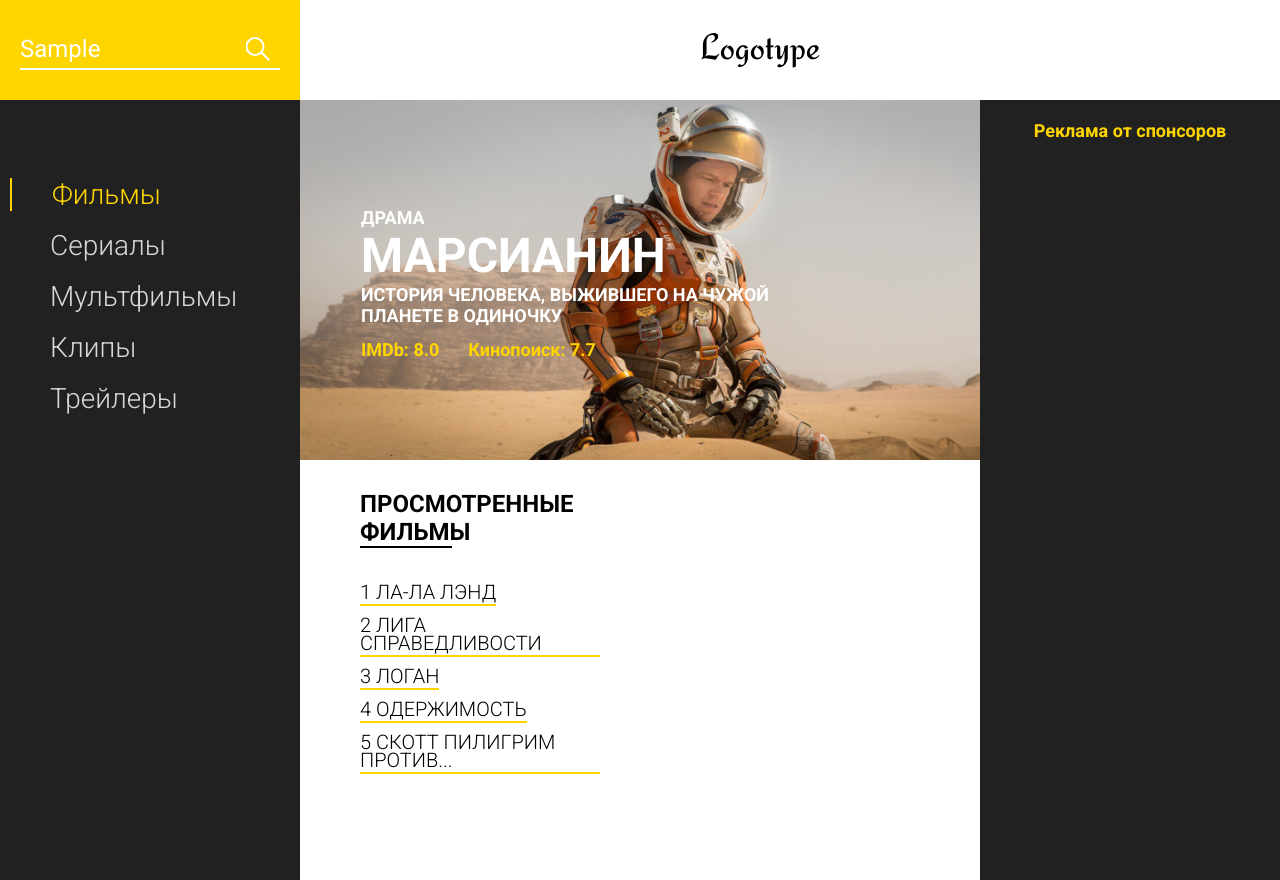
Repository: armus503/practice.-using-events-on-the-project-page
Page: index.html
The author's editor kept a copy of each file at every save. The page is drawn from the files as they stood at one save, then again after the next save.
The browser window is 1280 px wide. The pictures show the whole page.
Empty fields were first filled with sample values (such as "Sample", 5 or name@example.com).
After loading, the first visible `button` was clicked once.

Above is the page before, as saved 2021-09-05 12:57:22.

After the next save:
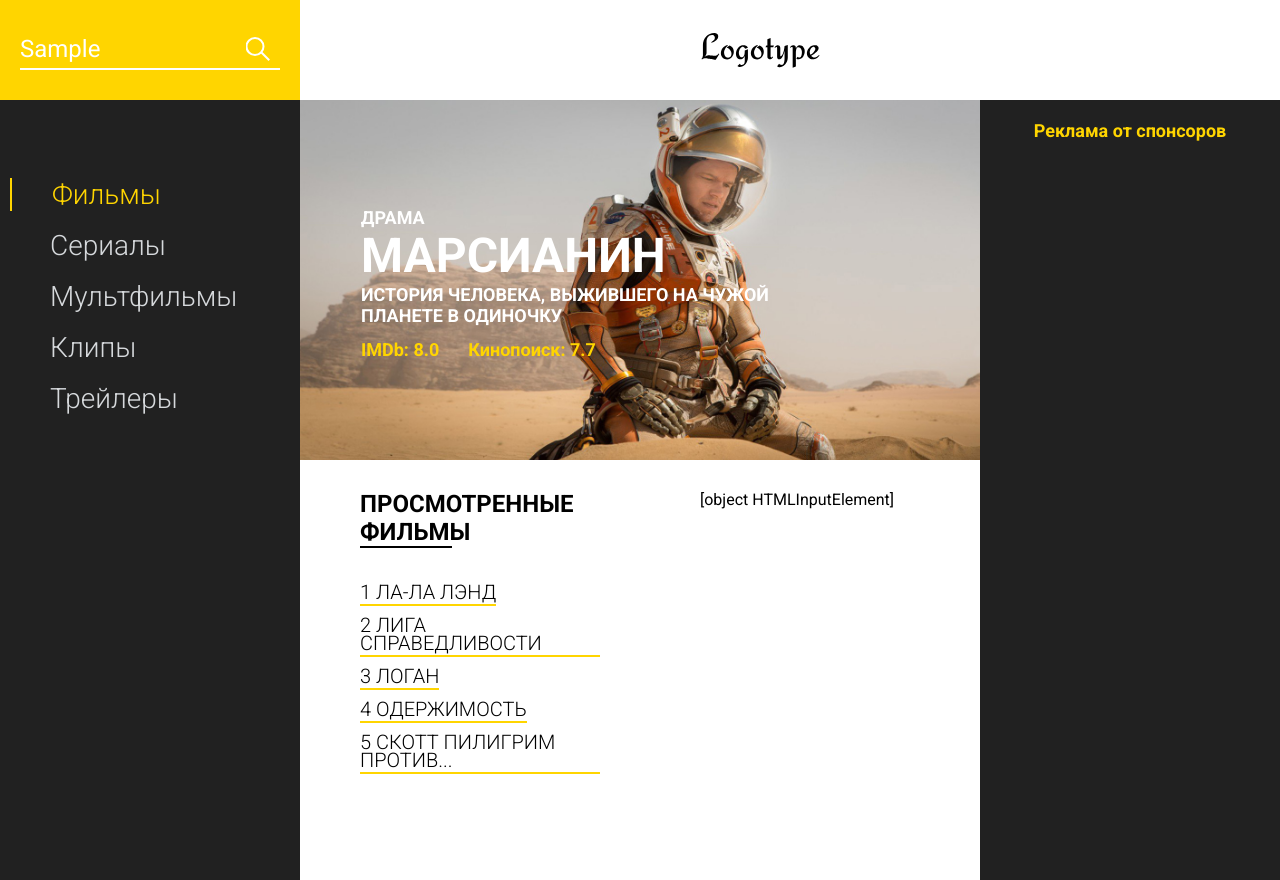
Saved 15 s later.
--- a/js/script.js
+++ b/js/script.js
@@ -53,7 +53,7 @@
 }); // перечисление элементов идет при помощи св-ва forEach
 
 buttonFormUser.addEventListener('click', () => {
-    console.log(formForUser.textContent = inputFilmName.textContent);
+    console.log(formForUser.textContent = inputFilmName);
 });
 
 //console.dir(formForUser);

After the save that followed:
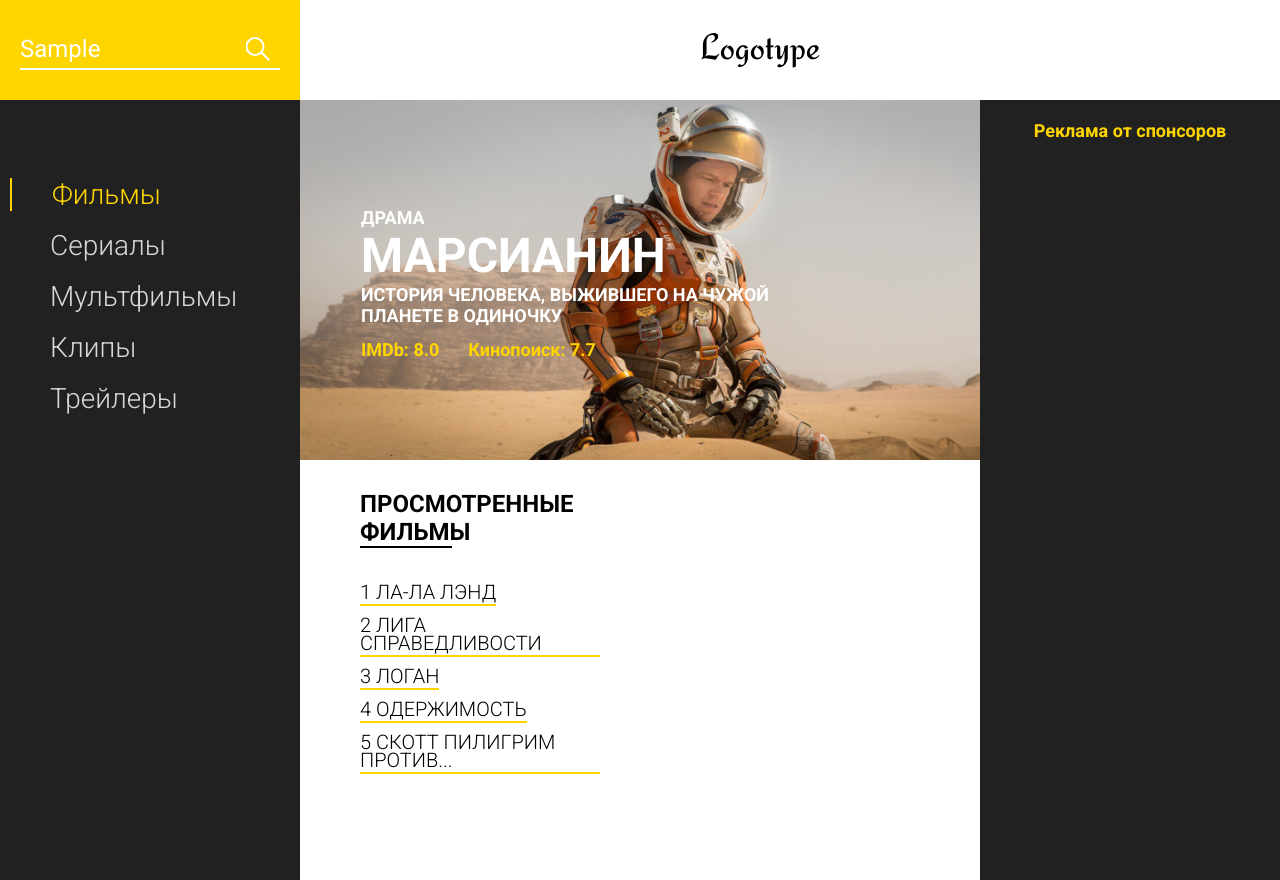
Saved 27 s later.
--- a/js/script.js
+++ b/js/script.js
@@ -53,7 +53,7 @@
 }); // перечисление элементов идет при помощи св-ва forEach
 
 buttonFormUser.addEventListener('click', () => {
-    console.log(formForUser.textContent = inputFilmName);
+    console.log(formForUser.textContent = inputFilmName.nodeValue);
 });
 
 //console.dir(formForUser);
